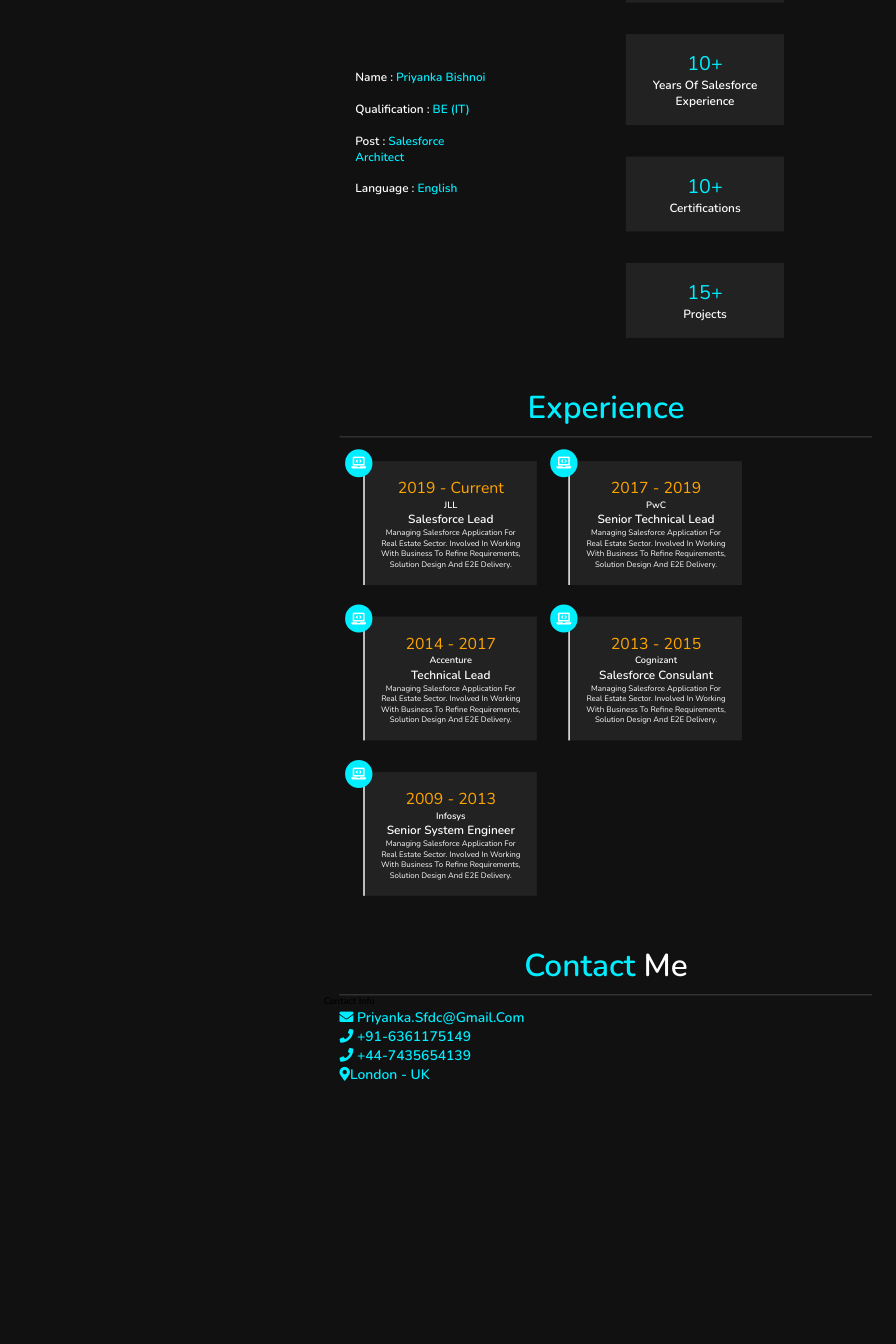
Repository: priyanka-bishnoi/PortfolioPage
Page: MyPage.html
An editor plug-in stored every save of this project. The page is shown before and after the next save, followed by the edit.
The browser window is 1280 px wide. The pictures show the part of the page from y = 954 to 2874 px (the page is 3000 px tall), at 70% of full size.

Above is the page before, as saved 2022-10-09 15:38:16.

After the next save:
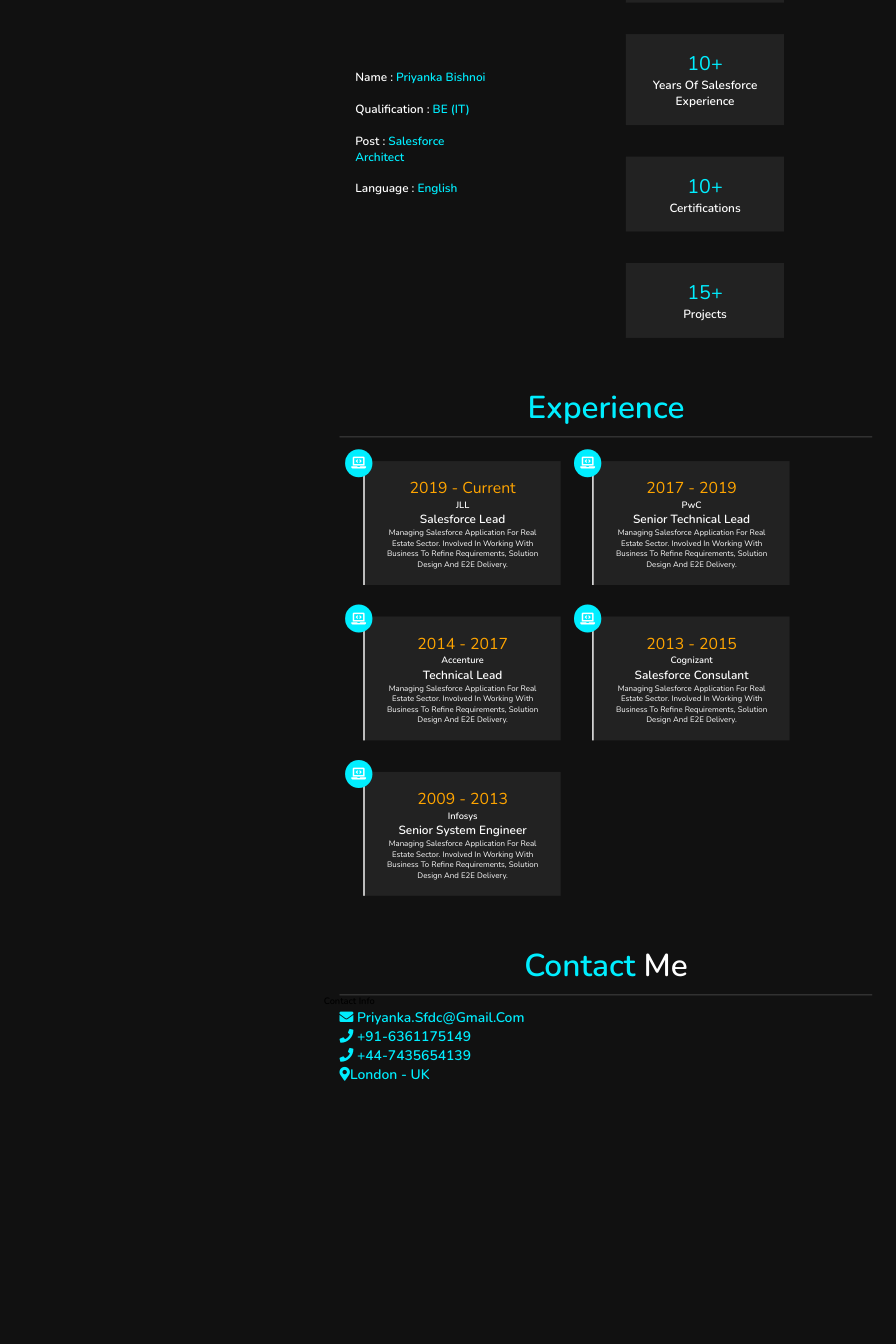
Saved 20 s later.
--- a/css/style.css
+++ b/css/style.css
@@ -209,7 +209,7 @@ header .navBar ul li a:hover{
 }
 
 .experience .exp .box {
-    width: 22rem;
+    width: 25rem;
     background: #222;
     text-align: center;
     padding: 2rem;
